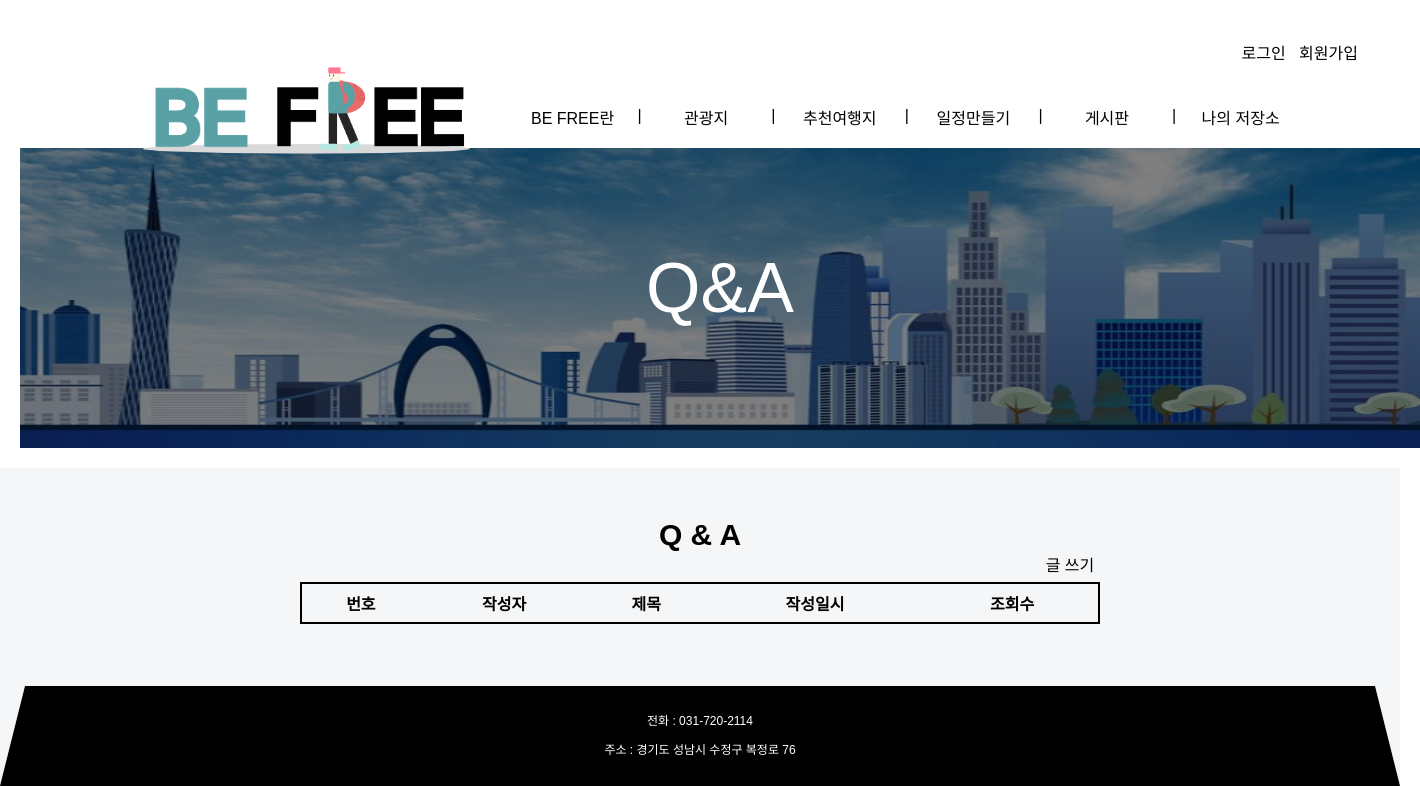
Repository: 1912087/Klavier_Piano
Page: http://localhost/notice/Q&A.jsp
An editor plug-in stored every save of this project. The page is shown before and after the next save, followed by the edit.
The browser window is 1280 px wide. The page is 1420 px wide, so the pictures cover 1420 px, including what lies to the right of the window. The pictures show the whole page.
Backgrounds fixed to the window are drawn as part of the page. Some web fonts or font styles are not loaded; a fallback is used. The page is served by Tomcat 9. Other server files are loaded and not shown. Queries for data that is not in the repository find no rows.

Above is the page before, as saved 2021-11-10 15:53:19.

### Notice/notice/WebContent/Q&A.jsp
<%@ page language="java" contentType="text/html; charset=UTF-8"
    pageEncoding="UTF-8"%>
<%@ page import="java.io.PrintWriter" %>
<%@ page import="notice.QADAO" %>
<%@ page import="notice.QA" %>
<%@ page import="java.util.ArrayList" %>
<!DOCTYPE html>
<html>
    <head>
        <meta charset="UTF-8">
        <link rel="preconnect" href="https://fonts.googleapis.com">
        <link rel="preconnect" href="https://fonts.gstatic.com" crossorigin>
        <link href="https://fonts.googleapis.com/css2?family=Gowun+Dodum&display=swap" rel="stylesheet">
        <link rel="preconnect" href="https://fonts.googleapis.com">
        <link rel="preconnect" href="https://fonts.gstatic.com" crossorigin>
        <link href="https://fonts.googleapis.com/css2?family=Black+Han+Sans&display=swap" rel="stylesheet">
    	<link href="${pageContext.request.contextPath}/css/qa_design.css" rel="stylesheet" type="text/css">
        <title>BE FREE</title>
    </head>
    <body>
        	<%
        		// 메인 페이지로 이동했을 때 세션에 값이 담겨있는지 체크
				String userID = null;
				if(session.getAttribute("userID") != null){
					userID = (String)session.getAttribute("userID");
				}
				int pageNumber = 1; //기본은 1 페이지를 할당
				// 만약 파라미터로 넘어온 오브젝트 타입 'pageNumber'가 존재한다면
				// 'int'타입으로 캐스팅을 해주고 그 값을 'pageNumber'변수에 저장한다
				if(request.getParameter("pageNumber") != null){
					pageNumber = Integer.parseInt(request.getParameter("pageNumber"));
				}
			%>
        <div class="all">
            <div class="main">
                <header>
                    <div class="name">
                    </div>
					<%
						// 로그인 하지 않았을 때 보여지는 화면
						if(userID == null){
					%>
                            <ul class="login">
                                <li><a href="login.jsp">로그인</a></li> &nbsp;
                                <li><a href="clause.jsp">회원가입</a></li>
                            </ul>
                    <%
						// 로그인이 되어 있는 상태에서 보여주는 화면
						}else{
					%>
                            <ul class="login">
                                <li><a href="logoutAction.jsp">로그아웃</a></li> &nbsp;
                                <li><a href="main.jsp">회원관리</a></li>
                            </ul>

                    <%
						}
					%>

                    <nav>
                        <div class="title_menu">
                            <a href="main.jsp"><img class="logo" src="images/BE_FREE.png"></a>
                            <ul id="main-menu">
                                <li><a href="회사소개.html">BE FREE란</a></li>
                                <li><a href="#">관광지</a></li>
                                <li><a href="#">추천여행지</a>
                                    <ul id="sub-menu">
                                        <li><a href="문의하기.html">추천여행지</a></li>
                                        <li><a href="공지사항.html">추천여행일정</a></li>
                                    </ul>
                                </li>
                                <li><a href="#">일정만들기</a></li>
                                <li><a href="#">게시판</a>
                                    <ul id="sub-menu">
                                        <li><a href="공지사항.html">공지사항</a></li>
                                        <li><a href="Q&A.jsp">Q&A</a></li>
                                    </ul>
                                </li>
                                <li><a href="#">나의 저장소</a>
                                    <ul id="sub-menu">
                                        <li><a href="나의찜목록.html">나의 찜 목록</a></li>
                                        <li><a href="나의여행일정.html">나의 여행 일정</a></li>
                                    </ul>
                                </li>
                            </ul>
                        </div>
                    </nav>
                    <div class="hd">
                        <div class="ment">
                          Q&A
                        </div>
                    </div>
                </header>
            </div>

            <div class="se">
                <section>
                    <div class="item_list">
                        <p class="QA">Q & A</p>
                            <div class="w">
                                <a href="write.jsp">글 쓰기</a>
                            </div>
                            <table>
	                            <thead>
	                                <tr><th>번호</th><th>작성자</th><th>제목</th><th>작성일시</th><th>조회수</th></tr>
	                            </thead>
	                            <tbody>
									<%
										QADAO qaDAO = new QADAO(); // 인스턴스 생성
										ArrayList<QA> list = qaDAO.getList(pageNumber);
										for(int i = 0; i < list.size(); i++){
									%>
									<tr>
										<td><%= list.get(i).getQID() %></td>
										<!-- 게시글 제목을 누르면 해당 글을 볼 수 있도록 링크를 걸어둔다 -->
										<td><a href="view.jsp?QID=<%= list.get(i).getQID() %>">
											<%= list.get(i).getUserID() %></a></td>
										<td><a href="view.jsp?QID=<%= list.get(i).getQID() %>">
											<%= list.get(i).getQTITLE().replaceAll(" ", "&nbsp;")
			                            		.replaceAll("<", "&lt;").replaceAll(">","&gt;").replaceAll("\n","<br>") %></a></td>
										<td><a href="view.jsp?QID=<%= list.get(i).getQID() %>">
											<%= list.get(i).getQDATE().substring(0, 11) + list.get(i).getQDATE().substring(11, 13) + ":"
											+ list.get(i).getQDATE().substring(14, 16) %></a></td>
										<td><a href="view.jsp?QID=<%= list.get(i).getQID() %>">
											<%= list.get(i).getQCLICK() %></a></td>

									</tr>
									<%
										}
									%>
	                            </tbody>
                            </table>

                            <!-- 페이징 처리 영역 -->
							<%
								if(pageNumber != 1){
							%>
								<a href="QA.jsp?pageNumber=<%=pageNumber - 1 %>"
									class="btn btn-success btn-arraw-left">이전</a>
							<%
								}if(qaDAO.nextPage(pageNumber + 1)){
							%>
								<a href="QA.jsp?pageNumber=<%=pageNumber + 1 %>"
									class="btn btn-success btn-arraw-left">다음</a>
							<%
								}
							%>
                        </div>
                </section>

	            <footer>
	                <p style="padding: 25px 0px 0px 0px;">전화 : 031-720-2114</p>
	                <p>주소 : 경기도 성남시 수정구 복정로 76</p>
	            </footer>
            </div>

            </div>



    </body>
</html>

### Notice/notice/WebContent/css/qa_design.css

            body { margin:0 auto; padding:20px 0 0 0; font-family: 'Gowun Dodum', sans-serif;}
            li { display: inline-block; list-style: none; }
            a { text-decoration: none; color:black;}
            header{ display: inline-block; width: 1400px; margin: 0 auto;}
            .hd {
                background-image: url('images/town_2.jpg');
                background-size:over;
                background-size:100% 100%;
                background-attachment: fixed;
                width:1400px;
                height:300px;
                background-repeat: no-repeat;
                margin-top:-20px;
            }
            .main{
                margin: 0 auto;
                padding: 20px;
                text-align: center;
            }
            .logo{
                /*margin-top: 30px;
                display: flex;
                position : relative;*/
                height: 100px;
                /*left: 7%*/
            }
            .login { margin-right: 62px; /*float: right;*/ }
            header ul{ text-align: right; }
            .p {
                height:60px;
                z-index: 1;
                width:1500px;
                margin:0;
                padding:0;
             }
             nav {
                display: flex;
                justify-content: center;
                position: relative;
                /* background: black; */
                margin: 0 auto;
                /* width: 95%; */
                /* position: absolute; */
                /* left: 10%;*/
            }
            ul, li {
                margin: 0;
                padding: 0;
                list-style: none;
                text-decoration: none;
            }

            nav > ul > li{
                width: 130px;
            }
            .se{
                background-color: white;
	            margin: 0 auto;
	            width: 1400px;
                text-align: center;
            }
            #main-menu{
                /*background: black;*/
                height: 40px;
                /* position: relative; */
                /* top: 50%; */
                justify-content: center;
                margin: 35px 0px 0px 20px;
                float: right;
                width: 810px;
            }
            #main-menu > li > a {
                /*color:white;*/
                text-align: center;
                line-height: 39px;
                padding: 0px 20px 0px 15px;
                text-shadow: 1px 1px 1px white(0, 0, 0, 0.39);
                width: 90px;
                float: right;
            }

            #main-menu > li::before{
                content: "|";
                float: right;
                display: block;
                margin-top: 7.7px;
            }
            #main-menu > li:last-child::before{
                content: "";
            }
            #main-menu > li> .logo{
                width: 120px;
            }

            #sub-menu {
                width:120px;
                position: absolute;
                opacity: 0;
                visibility: hidden;
                background-color: rgba(255, 255, 255, 0.801);
                border-top: 2px solid gold;
                text-align: center;
                top: 74px;
            }

            #sub-menu > li {
                display: block;
                font-size:13px;
                padding: 10px 10px;
            }

            #main-menu > li:hover #sub-menu {
                z-index: 1;
                opacity: 1;
                visibility: visible;
            }
            #sub-menu > li > a:hover { text-decoration:underline; color:gray; }
            .event ul li { list-style: none; display: inline-block; }
            section div img { width: 100%; }
            .ment {
                margin :0 auto;
                float:left;
                width:100%;
                font-size:100px;
                text-align: center;
                margin-top:100px;
                color:rgb(255, 255, 255);
                font-size: 70px;
            }
            section{width:1400px;margin:0 auto; padding-top:50px; padding-bottom: 50px;}
            .a1{ text-align: center; font-weight: bold; font-size:30px;}
           /*.a2{background-color:gray; color:white; border-bottom: 2px solid black; padding:5px; margin-top:10px;}*/
            footer{
                clear:both;
                margin:0;
                /*background-color: rgb(22, 20, 20);*/
                color:white;
                text-align: center;
                /*padding:15px;*/
                font-size: 12px;
                position: relative;
                width: 1350px;
                bottom: 0;
                left: 0;
                border-bottom: 100px solid black;
				border-right: 25px solid transparent;
				border-left: 25px solid transparent;
				height: 0px;
            }
            .wrap {position: absolute;left: 0;bottom: 40px;width: 288px;height: 132px;margin-left: -144px;text-align: left;overflow: hidden;font-size: 12px;font-family: 'Malgun Gothic', dotum, '돋움', sans-serif;line-height: 1.5;}
            .wrap * {padding: 0;margin: 0;}
            .wrap .info {width: 286px;height: 120px;border-radius: 5px;border-bottom: 2px solid #ccc;border-right: 1px solid #ccc;overflow: hidden;background: #fff;}
            .wrap .info:nth-child(1) {border: 0;box-shadow: 0px 1px 2px #888;}
            .info .title {padding: 5px 0 0 10px;height: 30px;background: rgb(17, 38, 141);border-bottom: 1px solid #ddd;font-size: 18px;font-weight: bold; color: #fff;}
            .info .close {position: absolute;top: 10px;right: 10px;color: rgb(255, 255, 255);width: 17px;height: 17px;background: url('https://t1.daumcdn.net/localimg/localimages/07/mapapidoc/overlay_close.png');}
            .info .close:hover {cursor: pointer;}
            .info .body {position: relative;overflow: hidden;}
            .info .desc {position: relative;margin: 13px 0 0 90px;height: 75px;}
            .desc .ellipsis {overflow: hidden;text-overflow: ellipsis;white-space: nowrap;}
            .desc .jibun {font-size: 11px;color: #888;margin-top: -2px;}
            .info .img {position: absolute;top: 6px;left: 5px;width: 73px;height: 71px;border: 1px solid #ddd;color: #888;overflow: hidden;}
            .info:after {content: '';position: absolute;margin-left: -12px;left: 50%;bottom: 0;width: 22px;height: 12px;background: url('https://t1.daumcdn.net/localimg/localimages/07/mapapidoc/vertex_white.png')}
            .info .link {color: #5085BB;}
            .item_list{
                text-align: center;
                width: 940px;
                margin: 0 auto;
            }
            .recommend_plan{
                display: inline-block;
                /*text-align: center;*/
                margin: 0px;
            }
            .item_section{
                float: left;
                /*width: 300px;
                box-shadow: 5px 5px 5px gray;
                border: 1px solid rgb(184, 184, 184);
                border-radius: 5px;*/
                margin: 10px;
            }
            .item_btm_like{
                text-align: right;
                padding: 10px 20px 10px 10px;
                border-top: 1px solid rgb(184, 184, 184);
            }
            .item_title{
                font-size: 20px;
                margin: 0px 0px 0px 0px;
            }
            .item_plan{
                margin: 0px 0px 16px 0px;
                clear: left;
                text-align: left;
            }
            .item_img{
                margin: 20px;
                width: 200px;
            }

            .item_list2{
                width: 1400px;
                text-align: center;
                margin-top: 70px;
            }
            .table_travle{
                margin-left: auto;
                margin-right: auto;
            }
            .travle{
                /*border: 1px solid gray;*/
                padding-right: 60px;
            }
            .item_section2{
                float: left;
                /*width: 240px;*/
                /*box-shadow: 5px 5px 5px gray;*/
                border: 1px solid rgb(184, 184, 184);
                border-radius: 5px;
                margin: 10px;
            }
            .item_section3{
                float: left;
                /*width: 240px;*/
                /*box-shadow: 5px 5px 5px gray;
                border: 1px solid rgb(184, 184, 184);
                border-radius: 5px;*/
                margin: 10px;
            }
            .item_title2{
                margin: 0px 0px 20px 0px;
                font-size: 20px;
            }
            .item_btm_like2{
                text-align: right;
                padding: 10px 20px 10px 10px;
                border-top: 1px solid rgb(184, 184, 184);
            }
            .hash{
                /*width: 250px;*/
                padding: 20px;
                /*border: 1px solid rgb(240, 240, 240);
                border-radius: 150px;
                background-color: rgb(240, 240, 240);*/
            }
            .item_top_jeju{
                margin-top: 45px;
            }
            .item_title{
                font-size: 40px;
                font-weight: bold;
                font-family: 'Black Han Sans', sans-serif;
                color: rgb(255, 255, 255);
                -webkit-text-stroke-width: 0.5px;
                -webkit-text-stroke-color: rgb(0, 0, 0);
                float: left;
            }
            .item_sub{
                font-size: 40px;
                font-family: 'Black Han Sans', sans-serif;
                color: black;
                -webkit-text-stroke-width: 0px;
                margin: 0px 0px 0px 12px;
                float: left;
            }
            .back{
                background: linear-gradient(to right, #0052d4,#4364f7,#6fb1fc);
                height: 44px;
                padding: 5px;
            }
            .logo_img{
                width: 390px;
                padding: 74px 10px 74px 10px;
            }
            .site_logo{
                font-size: 40px;
                font-family: 'Black Han Sans', sans-serif;
                /*background: linear-gradient(to right top, #0052d4,#4364f7,#6fb1fc);
                color: transparent;
                -webkit-background-clip: text;
                -webkit-text-stroke-width: 0px;*/
                color: black;
                margin: 0px 0px 0px 0px;
            }
            .object_logo{
                font-size: 40px;
                font-family: 'Black Han Sans', sans-serif;
                /*background: linear-gradient(to right top, #0052d4,#4364f7,#6fb1fc);
                color: transparent;
                -webkit-background-clip: text;
                -webkit-text-stroke-width: 0px;*/
                color: black;
                margin: 0px 0px 0px 0px;
            }
            .logo_img3{
                width: 350px;
            }
            .item_list3{
                width: 1400px;
                text-align: center;
                margin-top: 70px;
            }
            .table_site{
                margin-left: auto;
                margin-right: auto;
            }
            .a2{
                font-size: 40px;
                font-family: 'Black Han Sans', sans-serif;
                /*background: linear-gradient(to right top, #0052d4,#4364f7,#6fb1fc);
                color: transparent;
                -webkit-background-clip: text;
                -webkit-text-stroke-width: 0px;*/
                color: black;
                margin: 0px 0px 0px 0px;
            }
            table{
                margin:0 auto;
                width:800px;
                border:2px solid black;
                border-collapse:collapse;
                text-align: center;

            }
            tr{ height: 40px;}
            tr td{
                height:15px;
                border-bottom:1px solid black;

            }
            th{
                border-bottom:1px solid black;
                height:15px;
            }
            td a:hover{color:gray; text-decoration:underline;}

            .QA{
                font-size: 30px;
                font-weight: bold;
                margin: 0 0 30px 0;
            }
            .w{
                width:60px;
                height:20px;
                float:right;
                margin:-30px 70px 10px 0;
                text-align: center;
            }
            .w:hover a{color:rgb(0, 5, 54); text-decoration: underline;}
            .w:hover{transform:scale(1.1); }
            .se{background-color: #f5f6f7;}

Loaded but not shown: Notice/notice/src/notice/QADAO.java (183 lines, source omitted)

After the next save:
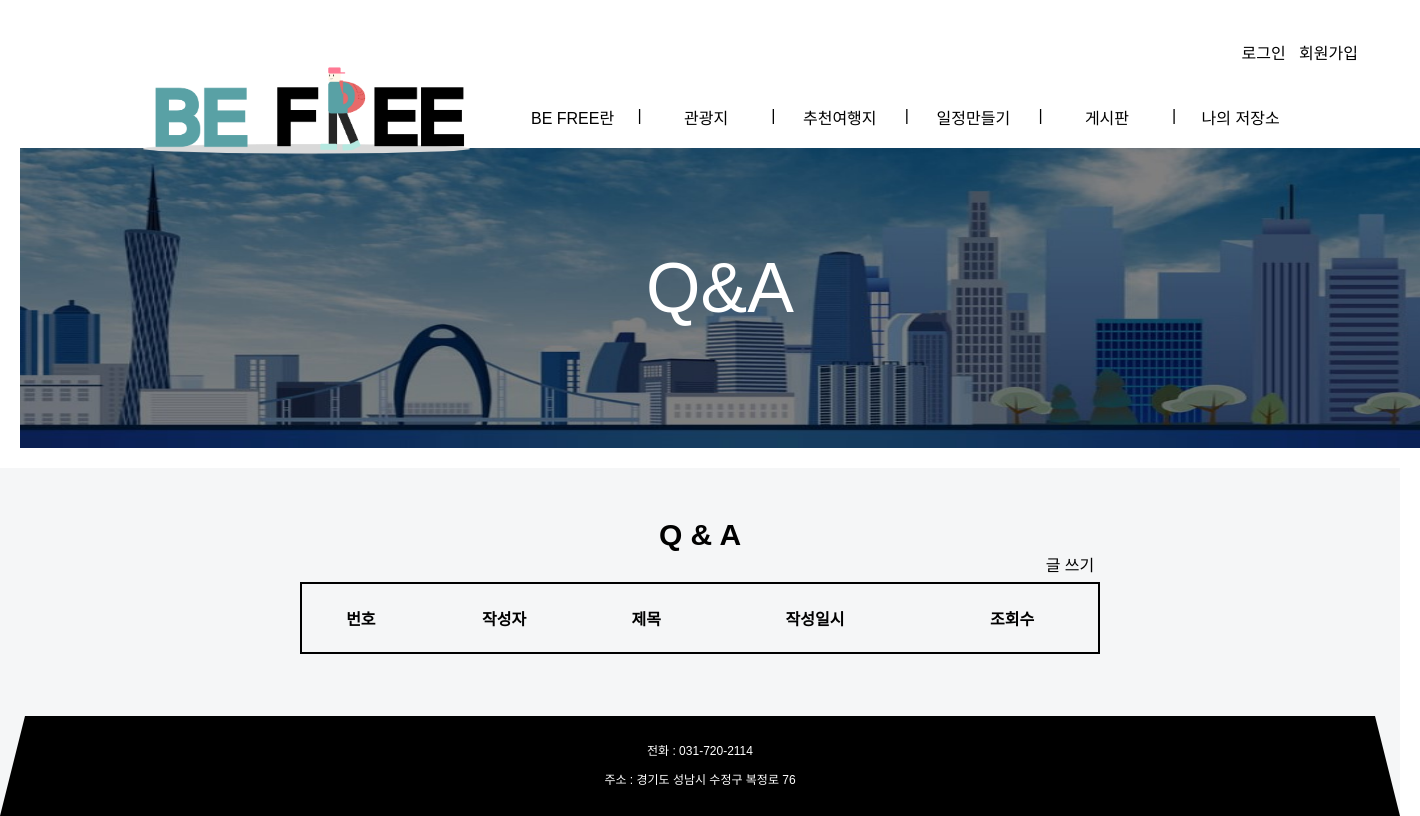
Saved 7 s later.
--- a/Notice/notice/WebContent/css/qa_design.css
+++ b/Notice/notice/WebContent/css/qa_design.css
@@ -323,7 +323,7 @@
                 text-align: center;
 
             }
-            tr{ height: 40px;}
+            tr{ height: 70px;}
             tr td{
                 height:15px;
                 border-bottom:1px solid black;
